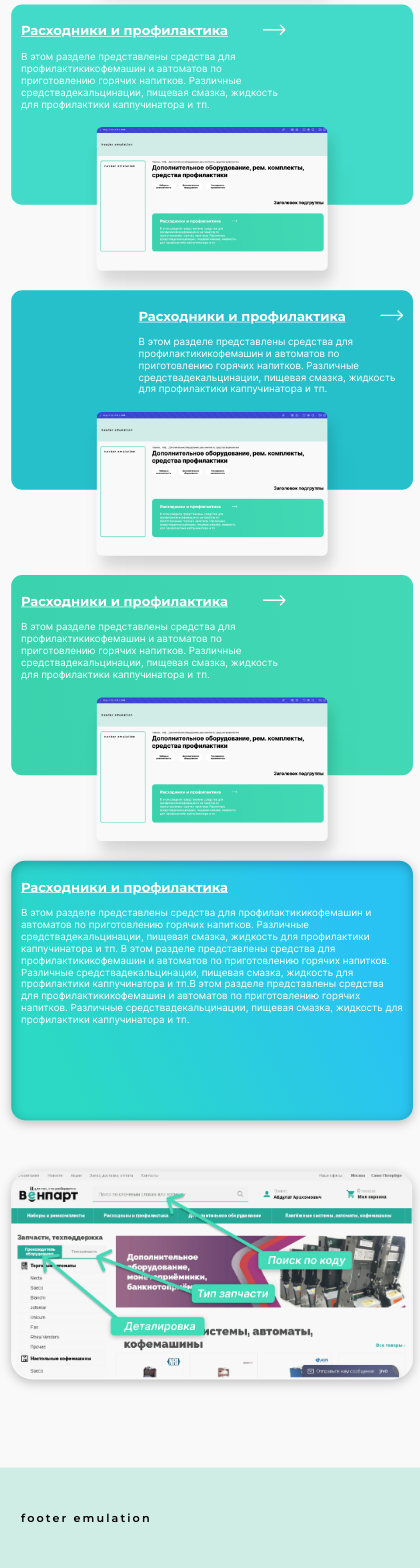
Repository: axonde/venpart-faq-pages
Page: index.html
These files come from the project's save history. The page is drawn as it stood at one moment and after the next save; the edit follows.
The browser window is 600 px wide. The pictures show the part of the page from y = 1052 to 3292 px (the page is 3292 px tall before and 3182 px after), at 70% of full size.

Above is the page before, as saved 2024-02-28 20:29:50.

After the next save:
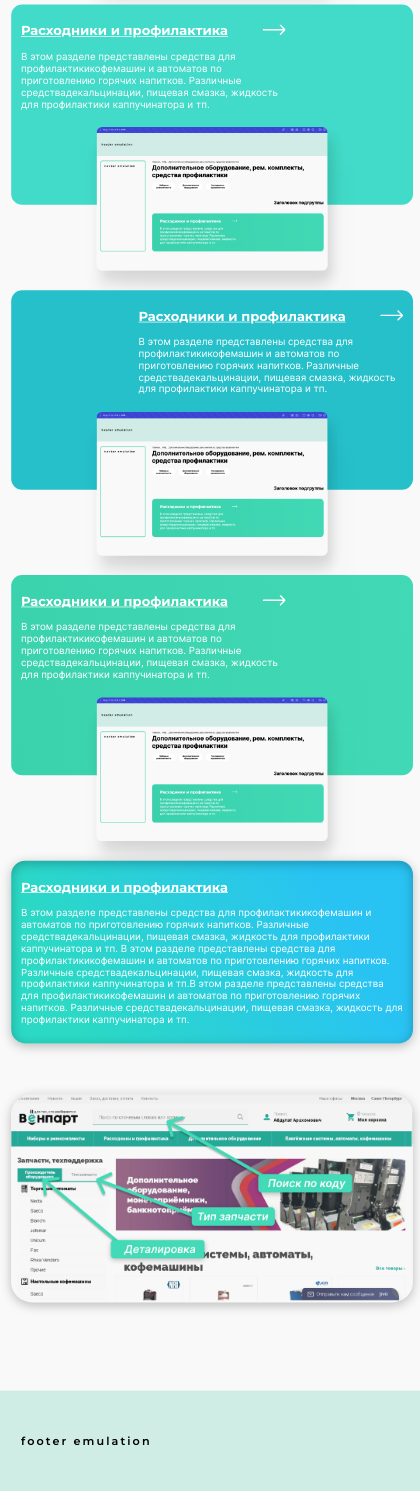
Saved 96 s later.
--- a/style.css
+++ b/style.css
@@ -703,6 +703,7 @@ scrollbar-width: none; /* Firefox */}
 	.faq__group {gap: 24px;}
 	.faq__item {padding: 26px 14px;}
 	.faq__item--text-wrapper {width: 100%; margin-bottom: 110px;}
+	.faq__item.no-photo .faq__item--text-wrapper {margin-bottom: 0;}
 	.faq__item--image, .faq__item:nth-child(2n) .faq__item--image {top: calc(100% - 85px); left: calc(50% - 165px);}
 	.faq__item::after {display: none;}
 }
